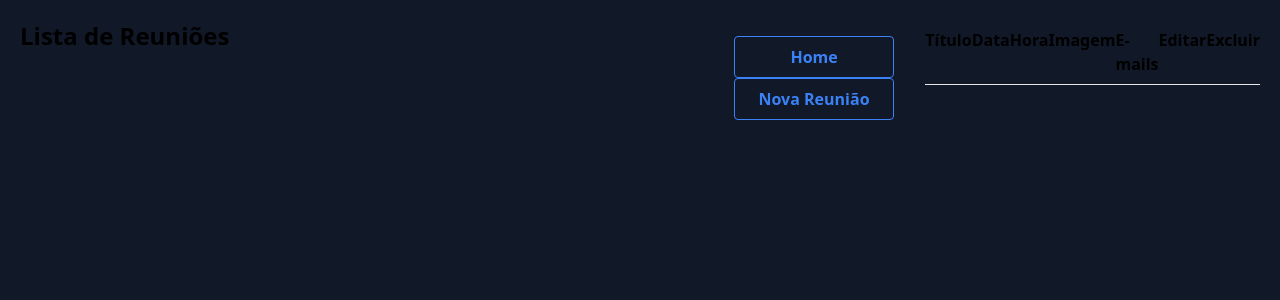
Repository: TamiBeira/meeting
Page: /meetings
The author's editor kept a copy of each file at every save. The page is drawn from the files as they stood at one save, then again after the next save.
The browser window is 1280 px wide. The pictures show the whole page.
The project was rebuilt for these pictures with package versions that can differ from the ones it lists, and the page was loaded fresh each time. Also part of the build but not shown: vite.config.ts, src/contexts/FormContext.tsx, src/components/Form.tsx, src/components/HomePage.tsx.

Above is the page before, as saved 2024-02-27 00:15:36.

### index.html
<!doctype html>
<html lang="pt">
  <head>
    <meta charset="UTF-8" />
    <meta name="viewport" content="width=device-width, initial-scale=1.0" />
    <title>Meeting</title>
  </head>
  <body>
    <div id="root"></div>
    <script type="module" src="/src/main.tsx"></script>
  </body>
</html>

### src/app.tsx
import { BrowserRouter as Router, Routes, Route } from 'react-router-dom';
import { FormProvider } from './contexts/FormContext';
import { MeetingsProvider } from './contexts/MeetingsContext';
import { Form } from './components/Form';
import { MeetingsView } from './components/MeetingsView';
import { HomePage } from './components/HomePage';

export const App = () => {
  return (
    <Router>
      <Routes>
        <Route path="/" element={<HomePage />} />
        <Route path="/form" element={<FormProvider><Form /></FormProvider>} />
        <Route path="/meetings" element={<MeetingsProvider><MeetingsView /></MeetingsProvider>} />
      </Routes>
    </Router>
  );
};

### src/contexts/MeetingsContext.tsx
import React, { createContext, useState, useEffect, useContext } from 'react';
import { toast } from 'react-toastify';

export interface Meeting {
  title: string;
  data: string;
  hora: string;
  imagem?: string;
  imagemPath?: string;
  emails: string[];
}

interface MeetingsContextType {
  meetings: Meeting[];
  editableIndex: number | null;
  editedMeeting: Meeting;
  handleEdit: (index: number) => void;
  handleSave: () => void;
  handleDelete: (index: number) => void;
  handleInputChange: (event: React.ChangeEvent<HTMLInputElement>, key: string) => void;
}

interface MeetingContextProviderProps {
  children: React.ReactNode;
}

const MeetingsContext = createContext<MeetingsContextType | undefined>(undefined);

export const useMeetingsContext = () => {
  const context = useContext(MeetingsContext);
  if (!context) {
    throw new Error('useMeetingsContext must be used within a MeetingsProvider');
  }
  return context;
};

export const MeetingsProvider: React.FC<MeetingContextProviderProps> = ({ children }) => {
  const [meetings, setMeetings] = useState<Meeting[]>([]);
  const [editableIndex, setEditableIndex] = useState<number | null>(null);
  const [editedMeeting, setEditedMeeting] = useState<Meeting>({
    title: '',
    data: '',
    hora: '',
    emails: [],
  });

  useEffect(() => {
    const storedMeetings = localStorage.getItem('meetingData');
    if (storedMeetings) {
      setMeetings(JSON.parse(storedMeetings));
    }
  }, []);

  const handleEdit = (index: number) => {
    setEditableIndex(index);
    setEditedMeeting(meetings[index]);
  };

  const handleSave = () => {
    if (editableIndex === null) return;

    const updatedMeetings = [...meetings];
    updatedMeetings[editableIndex] = editedMeeting;
    setMeetings(updatedMeetings);
    localStorage.setItem('meetingData', JSON.stringify(updatedMeetings));
    setEditableIndex(null);
    setEditedMeeting({
      title: '',
      data: '',
      hora: '',
      emails: [],
    });
    toast.success('Reunião salva com sucesso!');
  };

  const handleDelete = (index: number) => {
    const confirmDelete = window.confirm('Tem certeza que deseja excluir esta reunião?');
    if (confirmDelete) {
      const updatedMeetings = [...meetings];
      updatedMeetings.splice(index, 1);
      setMeetings(updatedMeetings);
      localStorage.setItem('meetingData', JSON.stringify(updatedMeetings));
      toast.success('Reunião excluída com sucesso!');
    }
  };

  const handleInputChange = (event: React.ChangeEvent<HTMLInputElement>, key: string) => {
    setEditedMeeting({ ...editedMeeting, [key]: event.target.value });
  };

  const contextValue: MeetingsContextType = {
    meetings,
    editableIndex,
    editedMeeting,
    handleEdit,
    handleSave,
    handleDelete,
    handleInputChange,
  };

  return (
    <MeetingsContext.Provider value={contextValue}>
      {children}
    </MeetingsContext.Provider>
  );
};

### src/components/MeetingsView.tsx
import React from 'react';
import { Link } from 'react-router-dom';
import { ToastContainer } from 'react-toastify';
import { FaEdit, FaTrash } from 'react-icons/fa';
import { useMeetingsContext } from '../contexts/MeetingsContext';

export const MeetingsView: React.FC = () => {
  const {
    meetings,
    editableIndex,
    editedMeeting,
    handleEdit,
    handleSave,
    handleDelete,
    handleInputChange,
  } = useMeetingsContext();

  const handleImageChange = (e: React.ChangeEvent<HTMLInputElement>) => {
    const file = e.target.files && e.target.files[0];
    if (file) {
      const reader = new FileReader();
      reader.onloadend = () => {
        const imageDataUrl = reader.result as string;
        handleInputChange({ target: { value: imageDataUrl } } as React.ChangeEvent<HTMLInputElement>, 'imagem');
      };
      reader.readAsDataURL(file);
    }
  };

  return (
    <div className="mx-auto bg-gray-900 w-full h-screen p-5 flex justify-center">
      <h2 className="text-2xl font-bold mb-4 w-full">Lista de Reuniões</h2>
      <div className="mt-4 mb-4">
        <Link to="/" className="w-40 mr-1 inline-block text-center border border-solid border-blue-500 text-blue-500 font-bold px-4 py-2 rounded">Home</Link>
        <Link to="/form" className="w-40 inline-block text-center border border-solid border-blue-500 text-blue-500 font-bold mr-2 px-4 py-2 rounded">Nova Reunião</Link>
      </div>
      <ul>
        <li className="border-b border-gray-200 py-2 flex sm:flex-row font-semibold max-w-5xl">
          <div className="w-1/5">Título</div>
          <div className="w-1/5">Data</div>
          <div className="w-1/5">Hora</div>
          <div className="w-1/5">Imagem</div>
          <div className="w-1/5">E-mails</div>
          <div className="w-1/5 text-center">Editar</div>
          <div className="w-1/5 text-center">Excluir</div>
        </li>
        {meetings.map((meeting, index) => (
          <li key={index} className="max-w-5xl border-b border-gray-200 py-4 flex flex-col sm:flex-row justify-center items-center">
            {editableIndex === index ? (
              <>
                <input
                  type="text"
                  value={editedMeeting.title}
                  onChange={(e) => handleInputChange(e, 'title')}
                  className="mb-2 sm:mb-0 mr-4 px-4 py-2 border rounded-md shadow-sm focus:outline-none focus:ring-blue-500 focus:border-blue-500 max-w-28"
                  placeholder="Título"
                />
                <input
                  type="date"
                  value={editedMeeting.data}
                  onChange={(e) => handleInputChange(e, 'data')}
                  className="mb-2 sm:mb-0 mr-4 px-4 py-2 border rounded-md shadow-sm focus:outline-none focus:ring-blue-500 focus:border-blue-500"
                />
                <input
                  type="time"
                  value={editedMeeting.hora}
                  onChange={(e) => handleInputChange(e, 'hora')}
                  className="mb-2 sm:mb-0 mr-4 px-4 py-2 border rounded-md shadow-sm focus:outline-none focus:ring-blue-500 focus:border-blue-500"
                />
                <div className="flex items-center w-1/5">
                  <input
                    type="file"
                    accept="image/*"
                    onChange={handleImageChange}
                    className="hidden"
                    id="input-image"
                  />
                  <label htmlFor="input-image" className="cursor-pointer mr-2 underline text-blue-500">Escolher outra imagem</label>
                  {editedMeeting.imagem && (
                    <img src={editedMeeting.imagem} alt="Imagem da reunião" className="max-w-xs h-12" />
                  )}
                </div>
                <input
                  type="text"
                  value={editedMeeting.emails.join(', ')}
                  onChange={(e) => handleInputChange(e, 'emails')}
                  className="mb-2 sm:mb-0 mr-4 px-4 py-2 border rounded-md shadow-sm focus:outline-none focus:ring-blue-500 focus:border-blue-500 w-64"
                  placeholder="E-mails"
                />
                <div>
                  <button
                    onClick={handleSave}
                    className="bg-green-500 hover:bg-green-700 text-white font-bold py-2 px-4 mr-2 rounded"
                  >
                    Salvar
                  </button>
                </div>
              </>
            ) : (
              <>
                <div className="w-1/5">{meeting.title}</div>
                <div className="w-1/5">{meeting.data}</div>
                <div className="w-1/5">{meeting.hora}</div>
                <div className="w-1/5">
                  <img src={meeting.imagem} alt="Imagem da reunião" width={50} height={50}/>
                </div>
                <div className="w-1/5">{Array.isArray(meeting.emails) ? meeting.emails.join(', ') : ''}</div>
                <div className="w-1/5 text-center">
                  <button
                    onClick={() => handleEdit(index)}
                    className="text-blue-500 font-bold"
                  >
                    <FaEdit className="inline-block mr-1" />
                  </button>
                </div>
                <div className='w-1/5 justify-center text-center'>
                  <button
                    onClick={() => handleDelete(index)}
                    className="text-red-500 font-bold"
                  >
                    <FaTrash className="inline-block mr-1" />
                  </button>
                </div>
              </>
            )}
          </li>
        ))}
      </ul>
      <ToastContainer />
    </div>
  );
};

### tailwind.config.js
/** @type {import('tailwindcss').Config} */
export default {
  content: [
    "./index.html",
    "./src/**/*.tsx",
  ],
  theme: {
    extend: {},
  },
  plugins: [],
}

Loaded but not shown: src/main.tsx (common file); src/index.css (common file)

After the next save:
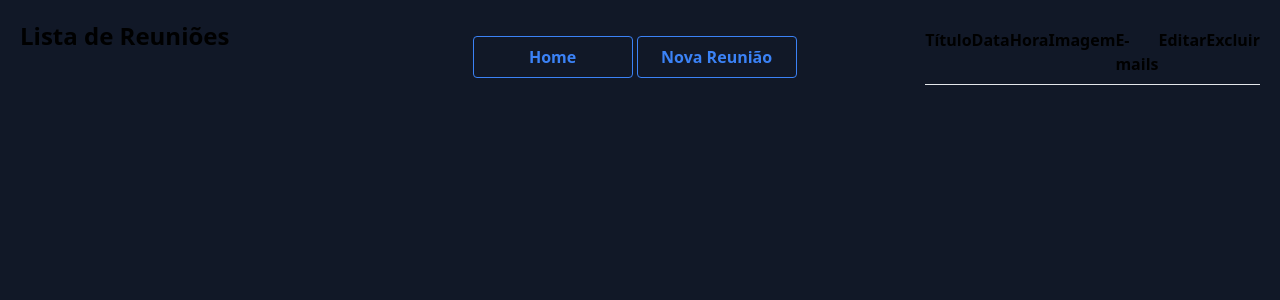
Saved 15 s later.
--- a/src/components/MeetingsView.tsx
+++ b/src/components/MeetingsView.tsx
@@ -30,7 +30,7 @@ export const MeetingsView: React.FC = () => {
   return (
     <div className="mx-auto bg-gray-900 w-full h-screen p-5 flex justify-center">
       <h2 className="text-2xl font-bold mb-4 w-full">Lista de Reuniões</h2>
-      <div className="mt-4 mb-4">
+      <div className="mt-4 mb-4 w-full">
         <Link to="/" className="w-40 mr-1 inline-block text-center border border-solid border-blue-500 text-blue-500 font-bold px-4 py-2 rounded">Home</Link>
         <Link to="/form" className="w-40 inline-block text-center border border-solid border-blue-500 text-blue-500 font-bold mr-2 px-4 py-2 rounded">Nova Reunião</Link>
       </div>
